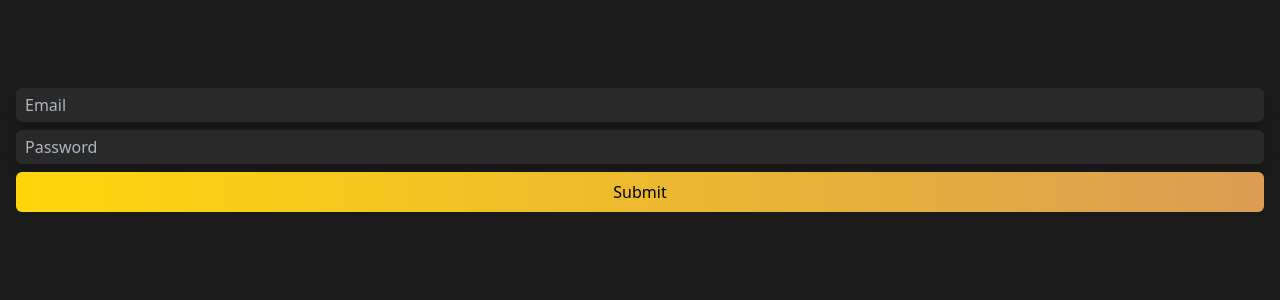
Repository: s-babaeizadeh/react-hook-form-with--zod-validation
Page: /
An editor plug-in stored every save of this project. The page is shown before and after the next save, followed by the edit.
The browser window is 1280 px wide. The pictures show the whole page.
The project was rebuilt for these pictures with package versions that can differ from the ones it lists, and the page was loaded fresh each time. Also part of the build but not shown: vite.config.ts.

Above is the page before, as saved 2024-08-13 17:21:32.

After the next save:
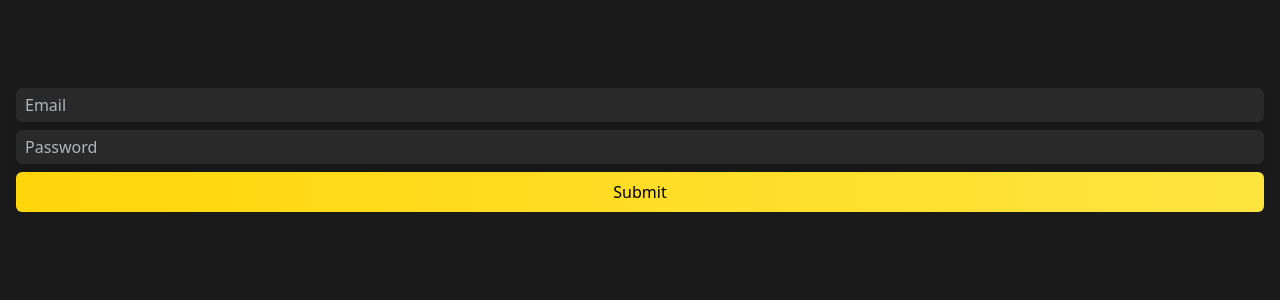
Saved 63 s later.
--- a/tailwind.config.js
+++ b/tailwind.config.js
@@ -10,7 +10,7 @@ export default {
         },
         secondary: {
           500: "#fca311",
-          600: "#db9c53",
+          600: "#fee440",
         },
         background: {
           700: "#292929",
